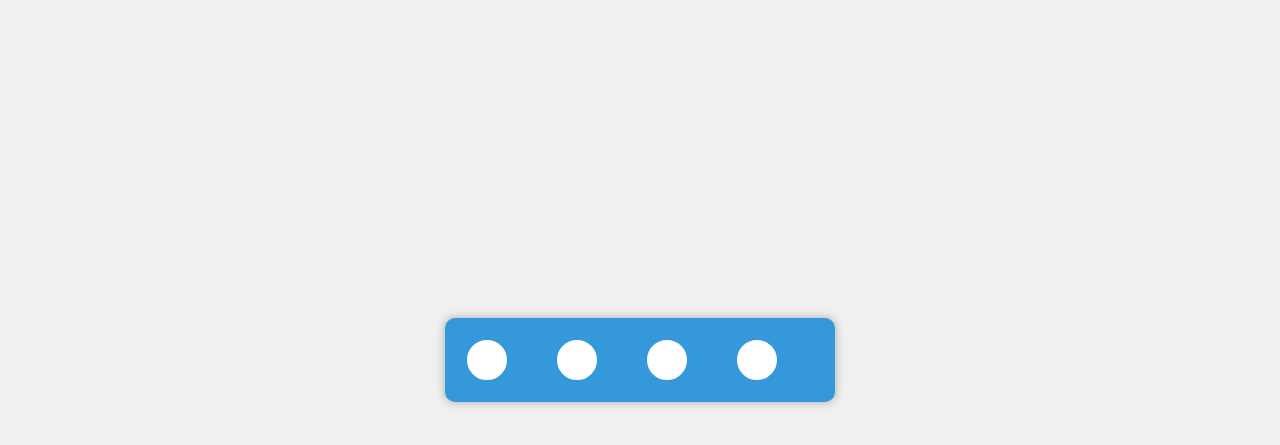
Repository: cheasopheaknita/Mastermind_Game
Page: http://localhost/
These files come from the project's save history. The page is drawn as it stood at one moment and after the next save; the edit follows.
The browser window is 1280 px wide. The pictures show the whole page.
The page is served by the project's application, run on Flask 3 (mastermind_project/app.py).

Above is the page before, as saved 2024-02-06 01:18:41.

After the next save:
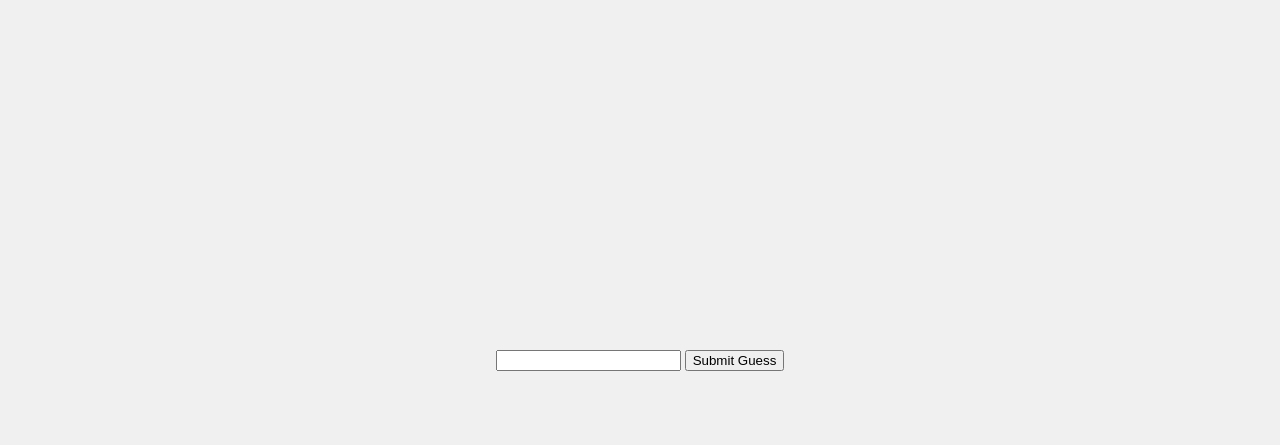
Saved 6 min 2 s later.
--- a/mastermind_project/templates/mastermind_game.html
+++ b/mastermind_project/templates/mastermind_game.html
@@ -34,14 +34,35 @@
     }
   </style>
 </head>
+<script>
+  function submitGuess() {
+    var userGuess = document.getElementById("userGuess").value;
+
+    // Make an asynchronous request to Flask
+    fetch('/submit_guess', {
+      method: 'POST',
+      headers: {
+        'Content-Type': 'application/json',
+      },
+      body: JSON.stringify({ guess: userGuess }),
+    })
+    .then(response => response.json())
+    .then(data => {
+      // Handle the response from Flask (update the UI, etc.)
+      console.log(data);
+    })
+    .catch(error => {
+      console.error('Error:', error);
+    });
+  }
+</script>
+
 <body>
-  <div id="mastermind-board">
-    <!-- You can add more rows and columns as needed -->
-    <div class="peg-hole"></div>
-    <div class="peg-hole"></div>
-    <div class="peg-hole"></div>
-    <div class="peg-hole"></div>
-
+  <div>
+    <!-- Input for user's guess -->
+    <input type="text" id="userGuess">
+    <!-- Button to submit the guess -->
+    <button onclick="submitGuess()">Submit Guess</button>
   </div>
 </body>
 </html>
